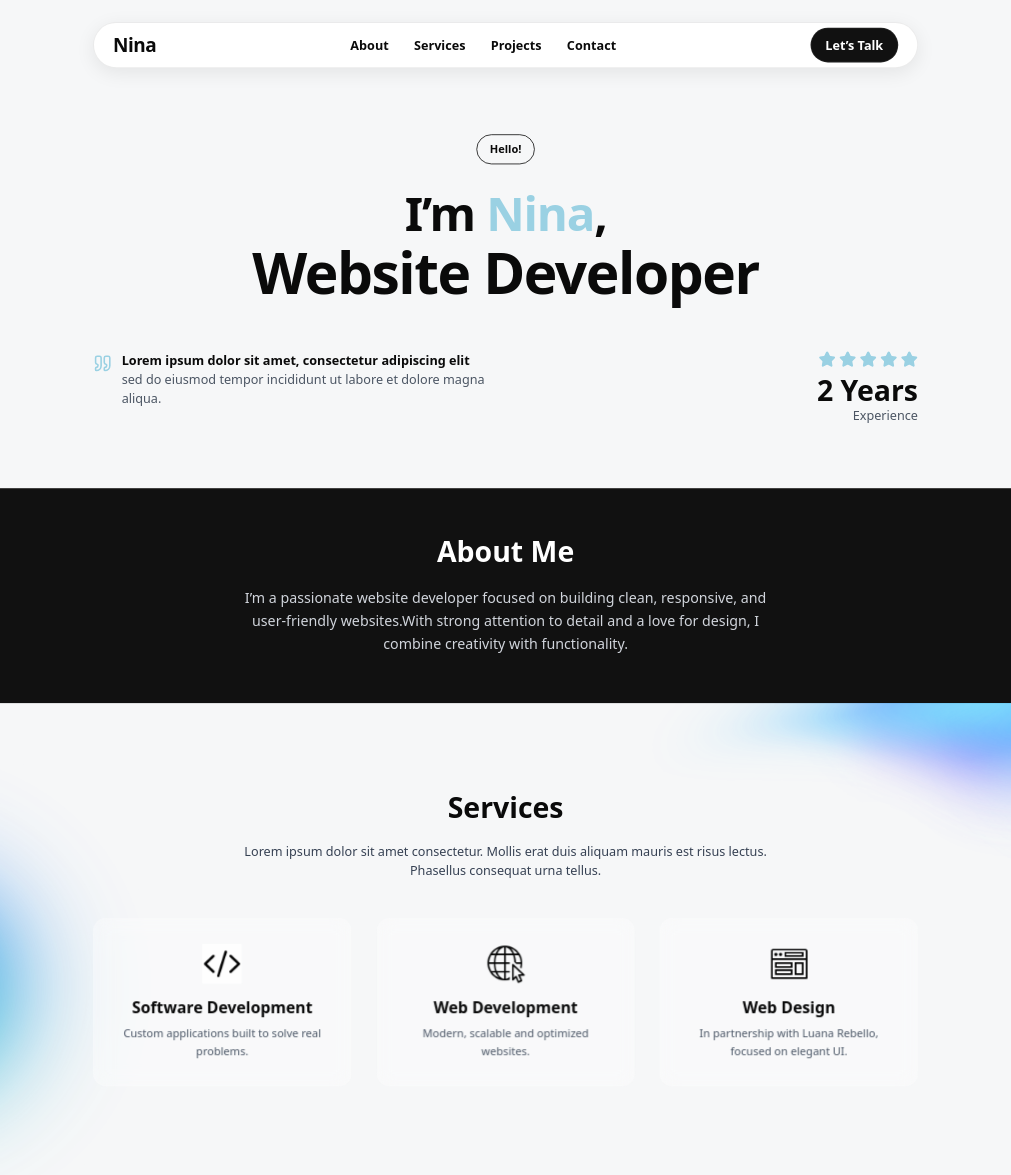
Repository: nina-rebello/portfolio
Page: /
These files come from the project's save history. The page is drawn as it stood at one moment and after the next save; the edit follows.
The browser window is 1280 px wide. The pictures show the whole page, at 79% of full size.
The project was rebuilt for these pictures with package versions that can differ from the ones it lists, and the page was loaded fresh each time. The framework's server and built-in components were replaced by stand-ins that run in the browser. Also part of the build but not shown: next.config.ts.

Above is the page before, as saved 2025-09-11 17:02:37.

### app/page.tsx
// app/page.tsx
import Header from "@/components/header/Header";
import AboutMe from "@/components/sections/About";
import Hero from "@/components/sections/Hero";
import Services from "@/components/sections/Services";

export default function HomePage() {
  return (
    <>
      <Header />
      <main>
        <Hero />
        <AboutMe />
        <Services />
      </main>
    </>
  );
}

### app/globals.css
@import "tailwindcss";
/* app/(styles)/header.css */
:root{
  --bg:#f6f7f8;           /* fundo clarinho do mock */
  --ink:#0a0a0a;          /* texto principal */
  --muted:#4b5563;        /* texto secundário */
  --pill:#ffffff;         /* fundo do header/cta pill */
  --brand:#9ad1e3;        /* azul do “Nina” e estrelas */
}

html,body{background:var(--bg); color:var(--ink);}

/* helpers */
.container-hero{max-width:1100px; margin-inline:auto; padding-inline:clamp(16px,3vw,28px);}
.glass{
  background:var(--pill);
  border:1px solid rgba(0,0,0,.08);
  box-shadow:0 6px 24px rgba(0,0,0,.08);
}
.btn-pill{
  border-radius:9999px; padding:10px 18px; font-weight:600;
  background:#111; color:#fff; border:1px solid rgba(255,255,255,.1);
  transition:transform .15s ease, box-shadow .15s ease, opacity .2s ease;
}
.btn-pill:hover{ transform:translateY(-1px); box-shadow:0 8px 24px rgba(0,0,0,.18);}
.nav-link{ padding:10px 14px; border-radius:12px; font-weight:600; }
.nav-link:hover{ background:rgba(0,0,0,.04); }

### components/header/Header.tsx
"use client";

import Link from "next/link";
import { useState, useEffect } from "react";
import { Menu, X } from "lucide-react";

const NAV = [
  { label: "About", href: "#about" },
  { label: "Services", href: "#services" },
  { label: "Projects", href: "#projects" },
  { label: "Contact", href: "#contact" },
];

export default function Header() {
  const [open, setOpen] = useState(false);

  // fecha o menu ao navegar/scroll
  useEffect(() => {
    const close = () => setOpen(false);
    window.addEventListener("scroll", close);
    return () => window.removeEventListener("scroll", close);
  }, []);

  return (
    <header className="sticky top-7 z-50">
      <div className="container-hero">
        <div
          className="glass flex items-center justify-between rounded-[32px] px-4 sm:px-6 py-1.5"
          role="navigation"
          aria-label="Primary"
        >
          {/* logo / nome */}
          <Link href="/" className="font-bold tracking-tight text-xl sm:text-2xl">
            Nina
          </Link>

          {/* desktop nav */}
          <nav className="hidden md:flex items-center gap-1">
            {NAV.map((i) => (
              <a key={i.href} href={i.href} className="nav-link">
                {i.label}
              </a>
            ))}
          </nav>

          {/* CTA */}
          <div className="hidden md:block">
            <a href="#contact" className="btn-pill">Let’s Talk</a>
          </div>

          {/* mobile toggle */}
          <button
            aria-label="Abrir menu"
            className="md:hidden p-2 rounded-xl hover:bg-black/5"
            onClick={() => setOpen((v) => !v)}
          >
            {open ? <X /> : <Menu />}
          </button>
        </div>

        {/* mobile sheet */}
        {open && (
          <div className="md:hidden mt-2 glass rounded-3xl p-3">
            <nav className="grid gap-1">
              {NAV.map((i) => (
                <a
                  key={i.href}
                  href={i.href}
                  className="nav-link"
                  onClick={() => setOpen(false)}
                >
                  {i.label}
                </a>
              ))}
              <a href="#contact" className="btn-pill text-center mt-1">
                Let’s Talk
              </a>
            </nav>
          </div>
        )}
      </div>
    </header>
  );
}

### components/sections/About.tsx
export default function AboutMe() {
  return (
    <section id="about" className="bg-[#111] text-white  py-11 sm:py-15 mt-4 sm:mt-20">
      <div className="container-hero text-center">
        <h2 className="text-3xl sm:text-4xl font-extrabold mb-6">
          About Me
        </h2>
        <p className="max-w-2xl mx-auto text-lg text-gray-300 leading-relaxed">
          I’m a passionate website developer focused on building
          clean, responsive, and user-friendly websites.
          {/* <br /> */}
          With strong attention to detail and a love for design,
          I combine creativity with functionality.
        </p>
      </div>
    </section>
  );
}

### components/sections/Hero.tsx
import { Quote, Star } from "lucide-react";

function HelloBubble() {
  return (
    <div className="inline-flex items-center gap-2">
      <span className="inline-flex items-center justify-center rounded-full border px-4 py-2 text-sm font-semibold">
        Hello!
      </span>
    </div>
  );
}

export default function Hero() {
  return (
    <section className="pt-20 sm:pt-28">
      <div className="container-hero">
        {/* bloco principal */}
        <div className="text-center">
          <div className="mb-6 sm:mb-8">
            <HelloBubble />
          </div>

          <p className="text-4xl sm:text-5xl md:text-6xl font-bold tracking-tight">
            I’m{" "}
            <span style={{ color: "var(--brand)" }}>
              Nina
            </span>
            ,
          </p>
          <h1 className="mt-2 text-4xl sm:text-6xl md:text-7xl font-bold tracking-tight">
            Website Developer
          </h1>
        </div>

        {/* faixa inferior: quote esquerda / rating direita */}
        <div className="mt-16 grid grid-cols-1 md:grid-cols-2 gap-8 items-start">
          {/* quote */}
          <div className="flex gap-3">
            <div className="mt-1">
              <Quote className="text-[var(--brand)]" />
            </div>
            <div>
              <p className="font-semibold">
                Lorem ipsum dolor sit amet, consectetur adipiscing elit
              </p>
              <p className="text-[var(--muted)]">
                sed do eiusmod tempor incididunt ut labore et dolore magna aliqua.
              </p>
            </div>
          </div>

          {/* rating / experiência */}
          <div className="flex md:justify-end">
            <div className="text-right">
              <div className="flex justify-end gap-1 mb-2" aria-label="5 out of 5 stars">
                {Array.from({ length: 5 }).map((_, i) => (
                  <Star key={i} className="text-[var(--brand)]" fill="currentColor" size={22} />
                ))}
              </div>
              <div className="text-3xl sm:text-4xl font-bold">2 Years</div>
              <div className="text-[var(--muted)]">Experience</div>
            </div>
          </div>
        </div>
      </div>
    </section>
  );
}

### components/sections/Services.tsx
import Image from "next/image";
import { Code, Globe, Layout } from "lucide-react";

const services = [
  {
    icon: "/icons/icons8-source-code-96.png",
    title: "Software Development",
    desc: "Custom applications built to solve real problems.",
  },
  {
    icon: "/icons/icons8-internet-100.png",
    title: "Web Development",
    desc: "Modern, scalable and optimized websites.",
  },
  {
    icon: "/icons/icons8-web-100.png",
    title: "Web Design",
    desc: "In partnership with Luana Rebello, focused on elegant UI.",
  },
];
export default function Services() {
  return (
    <section id="services" className="relative overflow-hidden py-28">
      {/* === background gradients === */}
      <div className="absolute inset-0 z-0 pointer-events-none select-none">
        <Image
          src="/gradients/light-leak-blur-transparent-free-png.png"
          alt=""
          width={1400}
          height={1000}
          className="absolute -top-80 left-200 w-[1000px] opacity-80"
          priority
        />
        <Image
          src="/gradients/blur-gradient.png"
          alt=""
          width={600}
          height={600}
          className="absolute top-4 right-250 w-[760px] opacity-70"
        />
      </div>

      {/* === conteúdo (fica acima do fundo) === */}
      <div className="container-hero relative z-10 text-center">
        <h2 className="text-3xl sm:text-4xl font-extrabold mb-6">Services</h2>
        <p className="max-w-2xl mx-auto mb-12 text-gray-700">
          Lorem ipsum dolor sit amet consectetur. Mollis erat duis aliquam
          mauris est risus lectus. Phasellus consequat urna tellus.
        </p>

        <div className="grid gap-8 sm:grid-cols-2 lg:grid-cols-3">
          {services.map((s) => (
            <div
              key={s.title}
              className="rounded-2xl p-8 backdrop-blur-md hover:shadow-xl transition
                       bg-white/30 border border-white/20"
              >
              <Image
                src={s.icon}
                alt={s.title}
                width={50}
                height={50}
                className="mx-auto mb-4"
              />
              <h3 className="font-bold text-xl mb-2">{s.title}</h3>
              <p className="text-gray-600 text-sm leading-relaxed">{s.desc}</p>
            </div>
          ))}
        </div>
      </div>
    </section>
  );
}

Loaded but not shown: app/layout.tsx (common file)

After the next save:
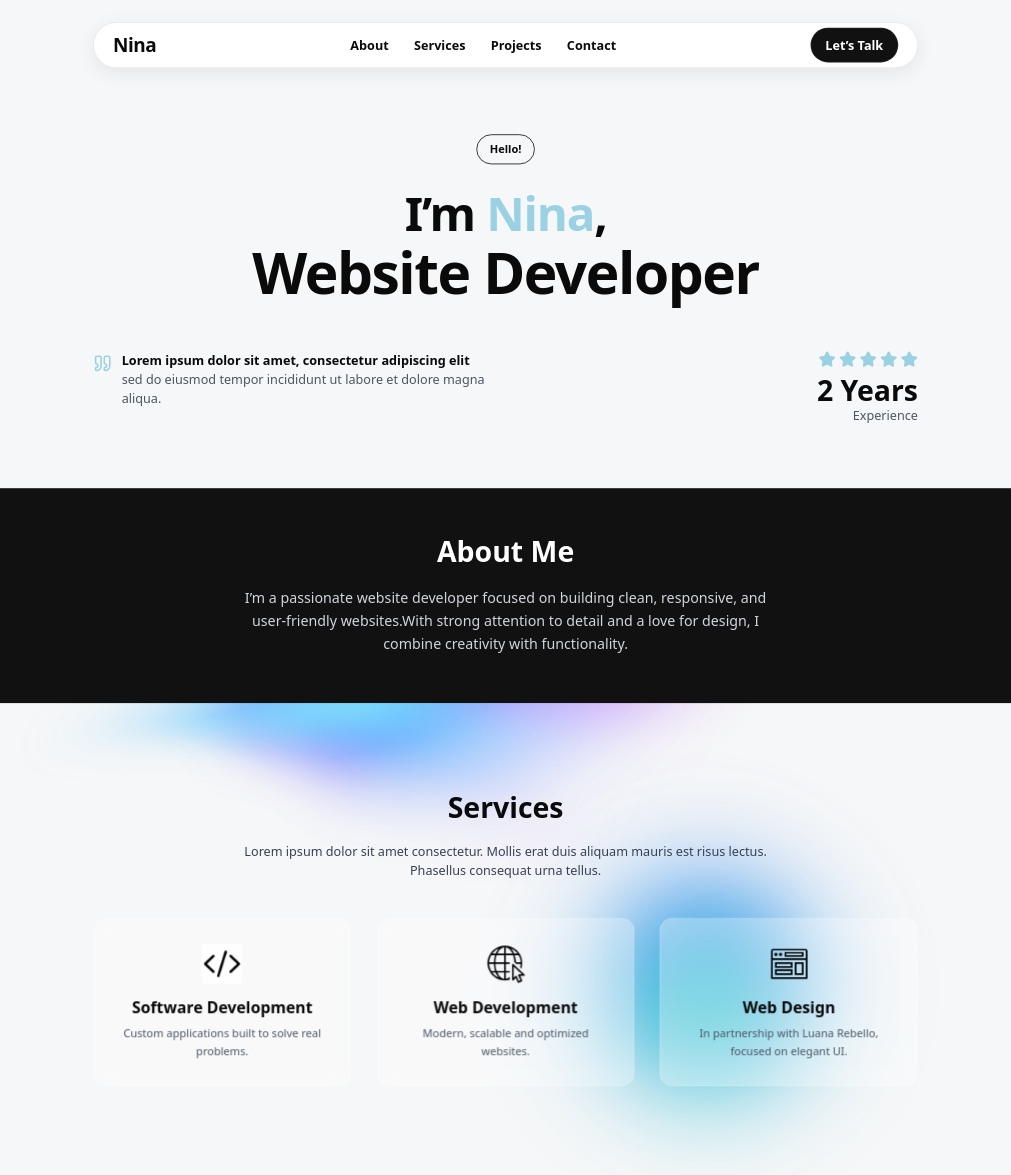
Saved 44 s later.
--- a/components/sections/Services.tsx
+++ b/components/sections/Services.tsx
@@ -1,5 +1,4 @@
 import Image from "next/image";
-import { Code, Globe, Layout } from "lucide-react";
 
 const services = [
   {
@@ -18,6 +17,7 @@
     desc: "In partnership with Luana Rebello, focused on elegant UI.",
   },
 ];
+
 export default function Services() {
   return (
     <section id="services" className="relative overflow-hidden py-28">
@@ -28,7 +28,7 @@
           alt=""
           width={1400}
           height={1000}
-          className="absolute -top-80 left-200 w-[1000px] opacity-80"
+          className="absolute -top-80 left-0 w-[1000px] opacity-80"
           priority
         />
         <Image
@@ -36,11 +36,11 @@
           alt=""
           width={600}
           height={600}
-          className="absolute top-4 right-250 w-[760px] opacity-70"
+          className="absolute top-4 right-0 w-[760px] opacity-70"
         />
       </div>
 
-      {/* === conteúdo (fica acima do fundo) === */}
+      {/* === conteúdo (acima dos gradientes) === */}
       <div className="container-hero relative z-10 text-center">
         <h2 className="text-3xl sm:text-4xl font-extrabold mb-6">Services</h2>
         <p className="max-w-2xl mx-auto mb-12 text-gray-700">
@@ -53,8 +53,8 @@
             <div
               key={s.title}
               className="rounded-2xl p-8 backdrop-blur-md hover:shadow-xl transition
-                       bg-white/30 border border-white/20"
-              >
+                         bg-white/30 border border-white/20"
+            >
               <Image
                 src={s.icon}
                 alt={s.title}

After the 3 saves that followed:
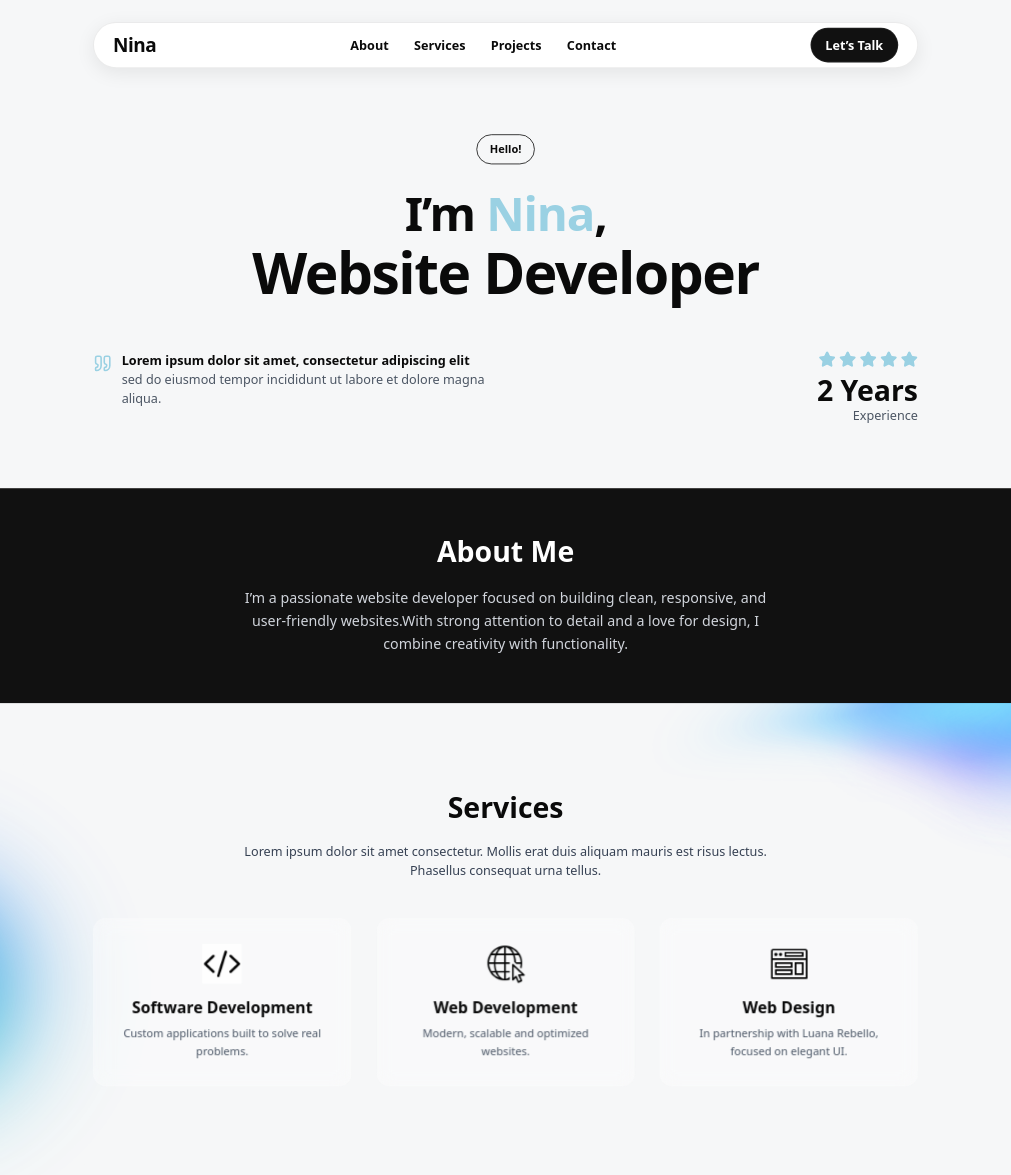
The 3 saves are shown as one change because they came seconds apart.
The last was saved 30 s later.
--- a/components/sections/Services.tsx
+++ b/components/sections/Services.tsx
@@ -1,4 +1,5 @@
 import Image from "next/image";
+import { Code, Globe, Layout } from "lucide-react";
 
 const services = [
   {
@@ -17,7 +18,6 @@
     desc: "In partnership with Luana Rebello, focused on elegant UI.",
   },
 ];
-
 export default function Services() {
   return (
     <section id="services" className="relative overflow-hidden py-28">
@@ -28,7 +28,7 @@
           alt=""
           width={1400}
           height={1000}
-          className="absolute -top-80 left-0 w-[1000px] opacity-80"
+          className="absolute -top-80 left-200 w-[1000px] opacity-80"
           priority
         />
         <Image
@@ -36,11 +36,11 @@
           alt=""
           width={600}
           height={600}
-          className="absolute top-4 right-0 w-[760px] opacity-70"
+          className="absolute top-4 right-250 w-[760px] opacity-70"
         />
       </div>
 
-      {/* === conteúdo (acima dos gradientes) === */}
+      {/* === conteúdo (fica acima do fundo) === */}
       <div className="container-hero relative z-10 text-center">
         <h2 className="text-3xl sm:text-4xl font-extrabold mb-6">Services</h2>
         <p className="max-w-2xl mx-auto mb-12 text-gray-700">
@@ -53,8 +53,8 @@
             <div
               key={s.title}
               className="rounded-2xl p-8 backdrop-blur-md hover:shadow-xl transition
-                         bg-white/30 border border-white/20"
-            >
+                       bg-white/30 border border-white/20"
+              >
               <Image
                 src={s.icon}
                 alt={s.title}
